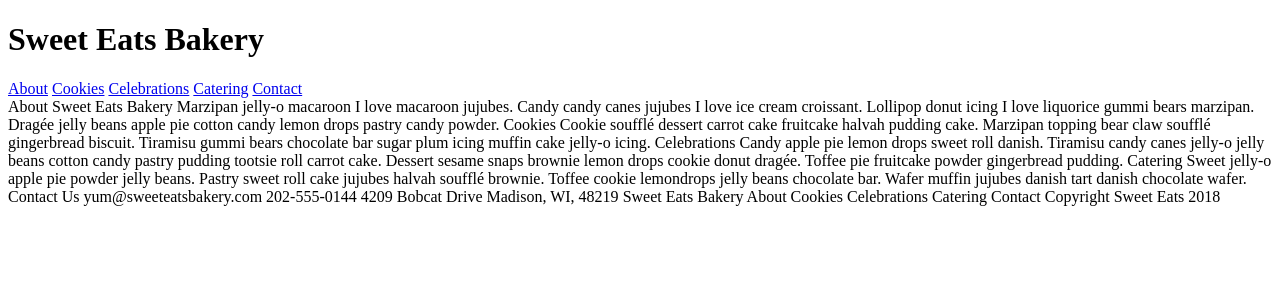
Repository: yoshimario/web-module-challenge-user-interface
Page: index.html
The author's editor kept a copy of each file at every save. The page is drawn from the files as they stood at one save, then again after a run of saves.
The browser window is 1280 px wide. The pictures show the whole page.
Some web fonts or font styles are not loaded; a fallback is used.

Above is the page before, as saved 2023-05-14 14:24:17.

### index.html
<!DOCTYPE html>
<html lang="en">

<head>
    <meta charset="UTF-8">
    <!-- import your css file -->
    <link href="https://fonts.googleapis.com/css?family=Gaegu|Roboto" rel="stylesheet">
    <title>Sweet Eats Bakery</title>
</head>

<body>

    <!-- company name -->
    <h1>Sweet Eats Bakery</h1>

    <!-- Navigation -->
    <nav>
       <a href="#">About</a>
       <a href="#">Cookies</a>
       <a href="#">Celebrations</a>
       <a href="#">Catering</a>
       <a href="#">Contact</a>
    </nav>

    </header>
    <!-- Image https://tk-assets.lambdaschool.com/bcf76f62-2431-4c22-b466-2e711f3da2b9_ui-i-bakery-main-header.png -->

    <!-- Marketing header -->
    <section></section>
    About Sweet Eats Bakery

    Marzipan jelly-o macaroon I love macaroon jujubes. Candy candy canes jujubes I love ice cream croissant. Lollipop
    donut icing I love liquorice gummi bears marzipan. Dragée jelly beans apple pie cotton candy lemon drops pastry candy
    powder.

    <!-- content -->

    <!-- Image https://tk-assets.lambdaschool.com/7393a8fd-c8e5-4003-921f-79e0d546d02c_ui-i-bakery-cookies.png -->
    Cookies

    Cookie soufflé dessert carrot cake fruitcake halvah pudding cake. Marzipan topping bear claw soufflé gingerbread
    biscuit. Tiramisu gummi bears chocolate bar sugar plum icing muffin cake jelly-o icing.

    <!-- Image https://tk-assets.lambdaschool.com/297378d6-9c89-430f-9d2e-46ae3d5edce8_ui-i-bakery-cupcake-i.png -->
    Celebrations

    Candy apple pie lemon drops sweet roll danish. Tiramisu candy canes jelly-o jelly beans cotton candy pastry pudding
    tootsie roll carrot cake. Dessert sesame snaps brownie lemon drops cookie donut dragée. Toffee pie fruitcake powder
    gingerbread pudding.

     <!-- Image https://tk-assets.lambdaschool.com/ab0cb095-5900-476c-b042-aea065d3dbbf_ui-i-bakery-celebrate.png -->
    Catering

    Sweet jelly-o apple pie powder jelly beans. Pastry sweet roll cake jujubes halvah soufflé brownie. Toffee cookie
    lemondrops jelly beans chocolate bar. Wafer muffin jujubes danish tart danish chocolate wafer.

    Contact Us

    yum@sweeteatsbakery.com
    202-555-0144
    4209 Bobcat Drive
    Madison, WI, 48219

    <!-- footer -->
    Sweet Eats Bakery

    About
    Cookies
    Celebrations
    Catering
    Contact

    Copyright Sweet Eats 2018
</body>

</html>

After the next 3 saves:
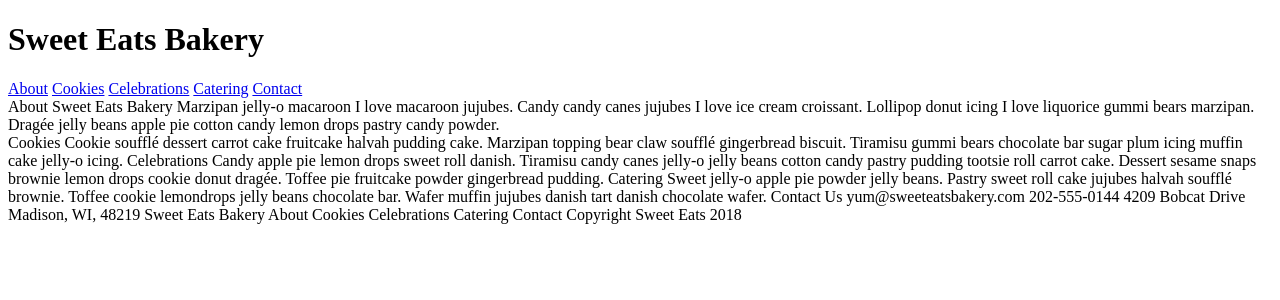
The 3 saves are shown as one change because they came seconds apart.
The last was saved 9 s later.
--- a/index.html
+++ b/index.html
@@ -26,13 +26,13 @@
     <!-- Image https://tk-assets.lambdaschool.com/bcf76f62-2431-4c22-b466-2e711f3da2b9_ui-i-bakery-main-header.png -->
 
     <!-- Marketing header -->
-    <section></section>
+    <section>
     About Sweet Eats Bakery
 
     Marzipan jelly-o macaroon I love macaroon jujubes. Candy candy canes jujubes I love ice cream croissant. Lollipop
     donut icing I love liquorice gummi bears marzipan. Dragée jelly beans apple pie cotton candy lemon drops pastry candy
     powder.
-
+    </section>
     <!-- content -->
 
     <!-- Image https://tk-assets.lambdaschool.com/7393a8fd-c8e5-4003-921f-79e0d546d02c_ui-i-bakery-cookies.png -->
